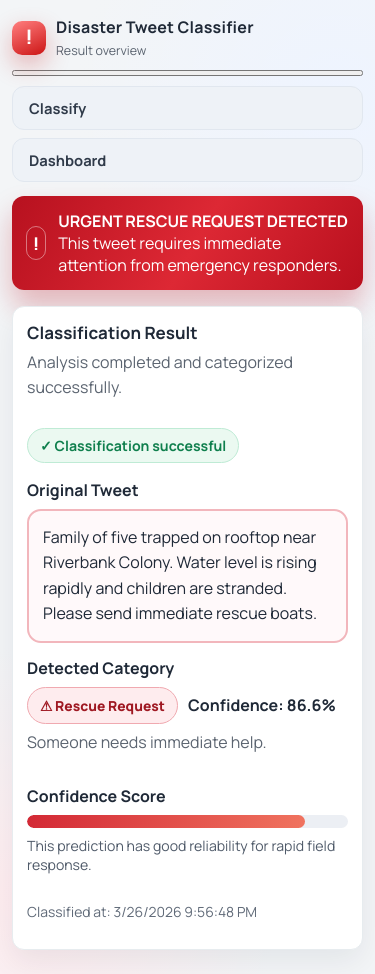
Repository: hRubia23/DISASTER
Page: result.html
These files come from the project's save history. The page is drawn as it stood at one moment and after the next save; the edit follows.
The browser window is 375 px wide. The pictures show the whole page.

Above is the page before, as saved 2026-03-27 08:26:33.

### result.html
<!DOCTYPE html>
<html lang="en">
<head>
  <meta charset="UTF-8" />
  <meta name="viewport" content="width=device-width, initial-scale=1.0" />
  <title>Classification Result</title>
  <link rel="stylesheet" href="styles.css" />
</head>
<body>
  <div class="page-wrap fade-in">
    <nav class="top-nav">
      <div class="brand">
        <div class="alert-logo"></div>
        <div>
          <h2>Disaster Tweet Classifier</h2>
          <span>Result overview</span>
        </div>
      </div>
      <button class="nav-toggle" id="navToggle" type="button" aria-label="Toggle navigation" aria-expanded="false" aria-controls="primaryNav">
        <span></span>
        <span></span>
        <span></span>
      </button>
      <div class="nav-links" id="primaryNav">
        <a class="btn btn-secondary" href="index.html">Classify</a>
        <a class="btn btn-secondary" href="dashboard.html">Dashboard</a>
      </div>
    </nav>

    <section class="urgent-banner banner-red" id="alertBanner">
      <div class="urgent-icon">!</div>
      <div>
        <strong id="bannerTitle">URGENT RESCUE REQUEST DETECTED</strong><br />
        <span id="bannerMessage">This tweet requires immediate attention from emergency responders.</span>
      </div>
    </section>

    <article class="card">
      <div class="result-header">
        <div>
          <h3>Classification Result</h3>
          <p class="subtle">Analysis completed and categorized successfully.</p>
        </div>
        <span class="success-chip">✓ Classification successful</span>
      </div>

      <div class="result-grid">
        <section>
          <p class="section-label">Original Tweet</p>
          <div class="tweet-box" id="tweetPreview">
            Family of five trapped on rooftop near Riverbank Colony. Water level is rising rapidly and children are stranded. Please send immediate rescue boats.
          </div>
        </section>

        <section>
          <p class="section-label">Detected Category</p>
          <div class="detected">
            <span class="badge badge-red">⚠ Rescue Request</span>
            <strong>Confidence: 86.6%</strong>
          </div>
          <p class="subtle">Someone needs immediate help.</p>
        </section>

        <section>
          <p class="section-label">Confidence Score</p>
          <div class="progress-wrap">
            <div class="progress"><span style="width: 86.6%;"></span></div>
            <p class="result-note">This prediction has good reliability for rapid field response.</p>
          </div>
        </section>
      </div>

      <p class="timestamp" id="resultTimestamp"></p>
    </article>
  </div>

  <script src="script.js"></script>
</body>
</html>

### styles.css
@import url('https://fonts.googleapis.com/css2?family=Manrope:wght@400;500;600;700;800&family=Space+Grotesk:wght@600;700&display=swap');

:root {
  --bg: #f3f5f7;
  --surface: #ffffff;
  --surface-muted: #f8fafb;
  --border: #e7ecef;
  --text: #1f2937;
  --text-soft: #5b6470;
  --shadow: 0 12px 30px rgba(16, 24, 40, 0.07);

  --red: #d1292d;
  --red-soft: #feecee;
  --yellow: #f5c84c;
  --yellow-soft: #fff8e7;
  --green: #1f9d62;
  --green-soft: #eaf8f1;
  --gray: #6b7280;
  --gray-soft: #f2f4f7;
}

* {
  box-sizing: border-box;
}

body {
  margin: 0;
  color: var(--text);
  background:
    radial-gradient(circle at 90% 10%, #eef4ff 0%, transparent 28%),
    radial-gradient(circle at 8% 92%, #ffecef 0%, transparent 26%),
    var(--bg);
  font-family: 'Manrope', sans-serif;
}

a {
  color: inherit;
  text-decoration: none;
}

.page-wrap {
  max-width: 1180px;
  margin: 0 auto;
  padding: 26px 18px 40px;
}

.top-nav {
  display: flex;
  justify-content: space-between;
  align-items: center;
  gap: 14px;
  margin-bottom: 26px;
}

.brand {
  display: flex;
  align-items: center;
  gap: 12px;
}

.alert-logo {
  width: 38px;
  height: 38px;
  border-radius: 10px;
  background: linear-gradient(155deg, #ff7f7f, #cc1515);
  position: relative;
  box-shadow: 0 10px 24px rgba(196, 25, 25, 0.3);
}

.alert-logo::before {
  content: '!';
  position: absolute;
  left: 50%;
  top: 50%;
  transform: translate(-50%, -55%);
  color: #fff;
  font-size: 24px;
  font-weight: 800;
}

.brand h1,
.brand h2 {
  margin: 0;
  font-size: 1.1rem;
  letter-spacing: 0.2px;
}

.brand span {
  color: var(--text-soft);
  font-size: 0.84rem;
}

.nav-links {
  display: flex;
  align-items: center;
  gap: 10px;
}

.btn {
  border: 0;
  border-radius: 12px;
  padding: 11px 16px;
  font-family: inherit;
  font-weight: 700;
  font-size: 0.92rem;
  cursor: pointer;
  transition: transform 0.18s ease, box-shadow 0.18s ease, opacity 0.18s ease;
}

.btn:hover {
  transform: translateY(-1px);
}

.btn:active {
  transform: translateY(0);
}

.btn-primary {
  background: #1f2937;
  color: #fff;
  box-shadow: 0 10px 18px rgba(31, 41, 55, 0.2);
}

.btn-secondary {
  background: #eef2f7;
  color: #2f3a49;
  border: 1px solid #e1e7ef;
}

.btn-danger {
  background: var(--red);
  color: #fff;
}

.btn-outline {
  background: #fff;
  border: 1px solid #dce3eb;
  color: #445066;
}

.hero {
  background: var(--surface);
  border: 1px solid var(--border);
  border-radius: 22px;
  box-shadow: var(--shadow);
  padding: 30px;
  margin-bottom: 22px;
  animation: rise 0.5s ease;
}

.hero h2 {
  margin: 0;
  font-family: 'Space Grotesk', sans-serif;
  font-size: clamp(1.7rem, 3.8vw, 2.8rem);
  line-height: 1.08;
}

.hero p {
  max-width: 840px;
  margin: 12px 0 20px;
  color: var(--text-soft);
  line-height: 1.65;
}

.hero-actions {
  display: flex;
  gap: 10px;
  flex-wrap: wrap;
}

.hidden {
  display: none;
}

.grid {
  display: grid;
  grid-template-columns: 1.2fr 0.95fr;
  gap: 18px;
}

.card {
  background: var(--surface);
  border: 1px solid var(--border);
  border-radius: 18px;
  box-shadow: var(--shadow);
  padding: 20px;
  animation: rise 0.45s ease;
}

.card h3 {
  margin: 0;
  font-size: 1.06rem;
}

.subtle {
  color: var(--text-soft);
  margin-top: 6px;
  line-height: 1.55;
}

.input-area {
  width: 100%;
  min-height: 140px;
  margin: 14px 0;
  border-radius: 14px;
  border: 1px solid #d9e1ea;
  background: #fcfeff;
  padding: 14px;
  font-family: inherit;
  font-size: 0.97rem;
  resize: vertical;
}

.input-area:focus {
  outline: 3px solid #e6eefc;
  border-color: #b7c6dd;
}

.examples {
  margin-top: 18px;
  border-top: 1px dashed #e1e6ec;
  padding-top: 16px;
}

.batch-file-input {
  display: none;
}

.batch-dropzone {
  margin-top: 14px;
  border: 2px dashed #a4b0c2;
  border-radius: 14px;
  background: #fbfcfe;
  text-align: center;
  padding: 28px 16px;
  cursor: pointer;
  transition: border-color 0.15s ease, background 0.15s ease;
}

.batch-dropzone:hover,
.batch-dropzone.drag-over {
  border-color: #7f95b5;
  background: #f2f7ff;
}

.upload-icon {
  width: 54px;
  height: 54px;
  border: 3px solid #95a1b2;
  border-radius: 12px;
  margin: 0 auto 12px;
  display: grid;
  place-items: center;
  font-size: 1.4rem;
  font-weight: 800;
  color: #8c98aa;
}

.upload-title {
  margin: 0;
  font-size: 1.05rem;
  color: #455062;
}

.upload-caption {
  margin: 6px 0 14px;
  color: #647085;
}

.batch-status {
  margin-top: 10px;
  font-size: 0.9rem;
  color: #4a5565;
  line-height: 1.45;
  background: #ffffff;
  border: 1px solid #dbe4ee;
  border-radius: 10px;
  padding: 10px;
}

.examples-list {
  display: grid;
  gap: 10px;
  margin-top: 8px;
}

.example-item {
  border: 2px solid #dce4eb;
  background: #fbfdff;
  border-radius: 12px;
  padding: 10px 12px;
  font-size: 0.91rem;
  line-height: 1.5;
  cursor: pointer;
}

.example-item:hover {
  border-color: #b9cde8;
  background: #f3f8ff;
}

.category-stack {
  display: grid;
  gap: 10px;
  margin-top: 16px;
}

.category-pill {
  border-radius: 14px;
  padding: 12px;
  border: 1px solid;
}

.category-pill strong {
  display: block;
  margin-bottom: 4px;
}

.category-pill p {
  margin: 0;
  font-size: 0.88rem;
}

.cat-red {
  background: var(--red-soft);
  border-color: #f7c8cc;
}

.cat-yellow {
  background: var(--yellow-soft);
  border-color: #f6e0a6;
}

.cat-green {
  background: var(--green-soft);
  border-color: #bfe8d2;
}

.cat-gray {
  background: var(--gray-soft);
  border-color: #d8dde5;
}

.steps {
  margin-top: 18px;
  border-top: 1px dashed #e1e6ec;
  padding-top: 14px;
}

.steps ol {
  margin: 10px 0 0 18px;
  padding: 0;
  line-height: 1.6;
  color: #465062;
}

.urgent-banner {
  color: #fff;
  border-radius: 16px;
  padding: 18px 20px;
  display: flex;
  align-items: center;
  gap: 12px;
  margin-bottom: 16px;
  transition: all 0.3s ease;
}

.banner-red {
  background: linear-gradient(120deg, #b7111f, #dd2834 52%, #b9101e);
  box-shadow: 0 16px 28px rgba(185, 16, 30, 0.28);
}

.banner-yellow {
  background: linear-gradient(120deg, #d4a000, #f5c84c 52%, #c99500);
  box-shadow: 0 16px 28px rgba(212, 160, 0, 0.2);
  color: #000;
}

.banner-yellow strong,
.banner-yellow span {
  color: #000;
}

.banner-green {
  background: linear-gradient(120deg, #0b6b3d, #1f9d62 52%, #0a5a34);
  box-shadow: 0 16px 28px rgba(11, 107, 61, 0.28);
}

.banner-gray {
  background: linear-gradient(120deg, #6b7280, #9ca3af 52%, #4b5563);
  box-shadow: 0 16px 28px rgba(107, 114, 128, 0.2);
}

.urgent-icon {
  width: 34px;
  height: 34px;
  border-radius: 10px;
  border: 1px solid rgba(255, 255, 255, 0.42);
  display: grid;
  place-items: center;
  font-size: 1.1rem;
  font-weight: 800;
}

.result-header {
  display: flex;
  align-items: center;
  justify-content: space-between;
  gap: 12px;
  flex-wrap: wrap;
}

.success-chip {
  display: inline-flex;
  align-items: center;
  gap: 8px;
  color: #0f7f4d;
  background: #ebf9f1;
  border: 1px solid #bfebd5;
  border-radius: 999px;
  padding: 7px 12px;
  font-size: 0.88rem;
  font-weight: 700;
}

.result-grid {
  display: grid;
  gap: 14px;
  margin-top: 16px;
}

.section-label {
  margin: 0 0 8px;
  font-weight: 700;
}

.tweet-box {
  border: 2px solid #f2b6bc;
  background: #fff9fa;
  border-radius: 14px;
  padding: 14px;
  line-height: 1.6;
}

.detected {
  display: flex;
  flex-wrap: wrap;
  align-items: center;
  gap: 10px;
}

.badge {
  border-radius: 999px;
  padding: 8px 12px;
  font-size: 0.86rem;
  font-weight: 800;
  display: inline-block;
  transition: all 0.2s ease;
}

.badge-red {
  background: var(--red-soft);
  color: #9f1822;
  border: 1px solid #f0a9b0;
}

.badge-yellow {
  background: var(--yellow-soft);
  color: #7a5a1a;
  border: 1px solid #f6d999;
}

.badge-green {
  background: var(--green-soft);
  color: #0f6b46;
  border: 1px solid #7ed4b0;
}

.badge-gray {
  background: var(--gray-soft);
  color: #4b5563;
  border: 1px solid #d3d8e1;
}

.progress-wrap {
  margin-top: 8px;
}

.progress {
  width: 100%;
  height: 13px;
  border-radius: 999px;
  background: #eceff4;
  overflow: hidden;
}

.progress > span {
  display: block;
  height: 100%;
  border-radius: inherit;
  background: linear-gradient(100deg, #d32935, #f0735f);
}

.result-note {
  margin-top: 8px;
  font-size: 0.88rem;
  color: #4f5a69;
}

.timestamp {
  margin-top: 14px;
  color: #606a78;
  font-size: 0.87rem;
}

.dashboard-head {
  display: flex;
  justify-content: space-between;
  align-items: end;
  gap: 12px;
  flex-wrap: wrap;
  margin-bottom: 16px;
}

.dashboard-head h2 {
  margin: 0;
  font-family: 'Space Grotesk', sans-serif;
}

.stat-grid {
  display: grid;
  grid-template-columns: repeat(4, minmax(160px, 1fr));
  gap: 12px;
  margin-bottom: 16px;
}

.stat-card h4 {
  margin: 0;
  font-size: 0.9rem;
  color: #5c6471;
}

.metric {
  margin: 8px 0 3px;
  font-size: 1.6rem;
  font-weight: 800;
}

.metric.red {
  color: var(--red);
}

.metric.green {
  color: var(--green);
}

.supporting {
  margin: 0;
  color: #7b8593;
  font-size: 0.84rem;
}

.analytics-grid {
  display: grid;
  grid-template-columns: 1fr 1fr;
  gap: 14px;
  margin-bottom: 16px;
}

.chart-card canvas {
  max-height: 260px;
}

.history-list {
  display: grid;
  gap: 10px;
}

.history-item {
  border: 1px solid #dce3ea;
  border-radius: 12px;
  padding: 12px;
  display: grid;
  gap: 8px;
  background: #fbfdff;
}

.history-top {
  display: flex;
  justify-content: space-between;
  align-items: center;
  gap: 8px;
  flex-wrap: wrap;
}

.chip-urgent {
  background: #ffeef0;
  color: #a11722;
  border: 1px solid #f5c0c5;
  border-radius: 999px;
  padding: 5px 10px;
  font-size: 0.78rem;
  font-weight: 800;
}

.chip-warning {
  background: #fff8e7;
  color: #9a7500;
  border: 1px solid #f6e0a6;
  border-radius: 999px;
  padding: 5px 10px;
  font-size: 0.78rem;
  font-weight: 800;
}

.chip-info {
  background: #eaf8f1;
  color: #0b6b3d;
  border: 1px solid #7ed4b0;
  border-radius: 999px;
  padding: 5px 10px;
  font-size: 0.78rem;
  font-weight: 800;
}

.chip-neutral {
  background: #f2f4f7;
  color: #4b5563;
  border: 1px solid #d3d8e1;
  border-radius: 999px;
  padding: 5px 10px;
  font-size: 0.78rem;
  font-weight: 800;
}

.meta {
  display: flex;
  gap: 8px;
  align-items: center;
  flex-wrap: wrap;
  color: #667182;
  font-size: 0.85rem;
}

.view-link {
  color: #0c67d8;
  font-weight: 700;
}

.fade-in {
  animation: fadeIn 0.7s ease;
}

@keyframes rise {
  from {
    opacity: 0;
    transform: translateY(8px);
  }
  to {
    opacity: 1;
    transform: translateY(0);
  }
}

@keyframes fadeIn {
  from {
    opacity: 0;
  }
  to {
    opacity: 1;
  }
}

@media (max-width: 1000px) {
  .page-wrap {
    padding: 22px 16px 32px;
  }

  .grid,
  .analytics-grid {
    grid-template-columns: 1fr;
  }

  .stat-grid {
    grid-template-columns: repeat(2, minmax(150px, 1fr));
  }

  .top-nav {
    flex-direction: column;
    align-items: stretch;
  }

  .brand {
    width: 100%;
  }

  .nav-links {
    width: 100%;
    display: grid;
    grid-template-columns: repeat(2, minmax(0, 1fr));
  }

  .nav-links .btn {
    width: 100%;
  }

  .dashboard-head {
    align-items: stretch;
  }

  .dashboard-head .nav-links {
    grid-template-columns: repeat(2, minmax(0, 1fr));
  }

  .hero h2 {
    font-size: clamp(1.45rem, 6vw, 2rem);
    line-height: 1.15;
  }

  .hero p {
    font-size: 0.98rem;
    line-height: 1.6;
  }
}

@media (max-width: 620px) {
  .page-wrap {
    padding: 16px 12px 24px;
  }

  .top-nav {
    gap: 10px;
    margin-bottom: 14px;
  }

  .brand {
    gap: 10px;
  }

  .brand h1,
  .brand h2 {
    font-size: 1rem;
  }

  .brand span {
    font-size: 0.78rem;
  }

  .alert-logo {
    width: 34px;
    height: 34px;
  }

  .alert-logo::before {
    font-size: 20px;
  }

  .hero,
  .card {
    padding: 14px;
    border-radius: 12px;
  }

  .hero {
    margin-bottom: 14px;
  }

  .hero h2 {
    font-size: 1.95rem;
    line-height: 1.14;
  }

  .hero p {
    margin: 10px 0 14px;
    font-size: 0.95rem;
    line-height: 1.55;
  }

  .hero-actions {
    display: grid;
    grid-template-columns: 1fr;
  }

  .stat-grid {
    grid-template-columns: 1fr;
  }

  .hero-actions .btn,
  #singleView > .btn,
  .batch-dropzone .btn,
  .dashboard-head .nav-links .btn {
    width: 100%;
  }

  .nav-links {
    grid-template-columns: 1fr;
    gap: 8px;
  }

  .input-area {
    min-height: 120px;
    padding: 12px;
  }

  .batch-dropzone {
    padding: 18px 12px;
  }

  .upload-icon {
    width: 44px;
    height: 44px;
    font-size: 1.15rem;
  }

  .upload-title {
    font-size: 0.95rem;
  }

  .upload-caption {
    font-size: 0.86rem;
  }

  .urgent-banner {
    padding: 14px;
    border-radius: 12px;
  }

  .history-top,
  .meta {
    gap: 6px;
  }

  .chart-card canvas {
    max-height: 220px;
  }
}

@media (max-width: 420px) {
  .hero h2 {
    font-size: 1.75rem;
  }

  .metric {
    font-size: 1.4rem;
  }

  .category-pill {
    padding: 10px;
  }
}

Loaded but not shown: script.js (643 lines, source omitted)

After the next save:
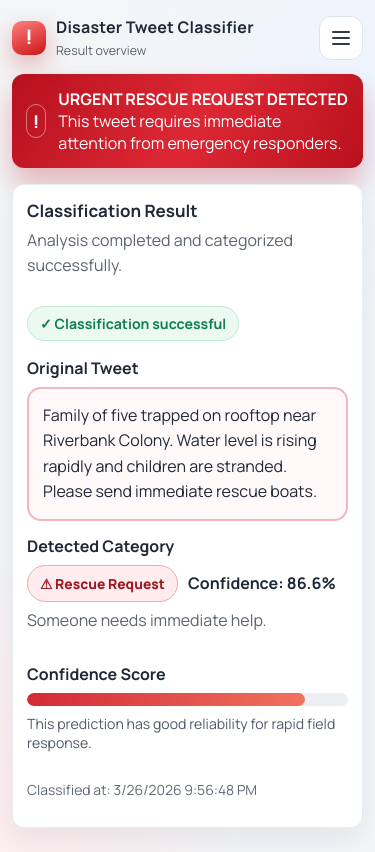
Saved 19 s later.
--- a/styles.css
+++ b/styles.css
@@ -94,6 +94,27 @@ a {
   display: flex;
   align-items: center;
   gap: 10px;
+}
+
+.nav-toggle {
+  display: none;
+  width: 44px;
+  height: 44px;
+  border: 1px solid #dce3eb;
+  border-radius: 12px;
+  background: #fff;
+  align-items: center;
+  justify-content: center;
+  flex-direction: column;
+  gap: 4px;
+  cursor: pointer;
+}
+
+.nav-toggle span {
+  width: 18px;
+  height: 2px;
+  background: #2f3a49;
+  border-radius: 2px;
 }
 
 .btn {
@@ -696,8 +717,8 @@ a {
 
   .nav-links {
     width: 100%;
-    display: grid;
-    grid-template-columns: repeat(2, minmax(0, 1fr));
+    justify-content: flex-start;
+    flex-wrap: wrap;
   }
 
   .nav-links .btn {
@@ -729,12 +750,37 @@ a {
   }
 
   .top-nav {
+    flex-direction: row;
+    align-items: center;
+    justify-content: space-between;
+    flex-wrap: wrap;
     gap: 10px;
     margin-bottom: 14px;
   }
 
   .brand {
+    width: auto;
+    flex: 1;
+    min-width: 0;
     gap: 10px;
+  }
+
+  .nav-toggle {
+    display: inline-flex;
+  }
+
+  .top-nav .nav-links {
+    display: none;
+    width: 100%;
+    margin-top: 4px;
+    padding-top: 8px;
+    border-top: 1px solid #e7ecef;
+    grid-template-columns: 1fr;
+    gap: 8px;
+  }
+
+  .top-nav .nav-links.open {
+    display: grid;
   }
 
   .brand h1,
@@ -785,6 +831,7 @@ a {
     grid-template-columns: 1fr;
   }
 
+  .top-nav .nav-links .btn,
   .hero-actions .btn,
   #singleView > .btn,
   .batch-dropzone .btn,
@@ -792,11 +839,6 @@ a {
     width: 100%;
   }
 
-  .nav-links {
-    grid-template-columns: 1fr;
-    gap: 8px;
-  }
-
   .input-area {
     min-height: 120px;
     padding: 12px;
